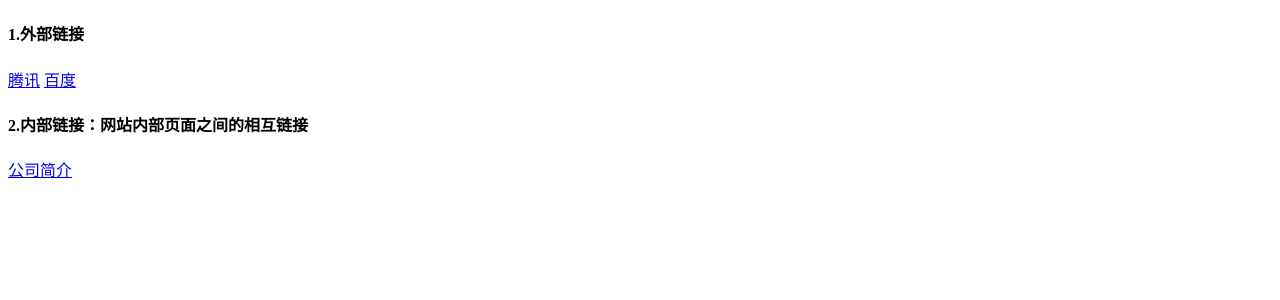
Repository: 129021/Front-end-learning
Page: 14-超链接标签.html
These files come from the project's save history. The page is drawn as it stood at one moment and after a run of saves; the edit follows.
The browser window is 1280 px wide. The pictures show the whole page.

Above is the page before, as saved 2021-10-15 15:04:32.

After the next 2 saves:
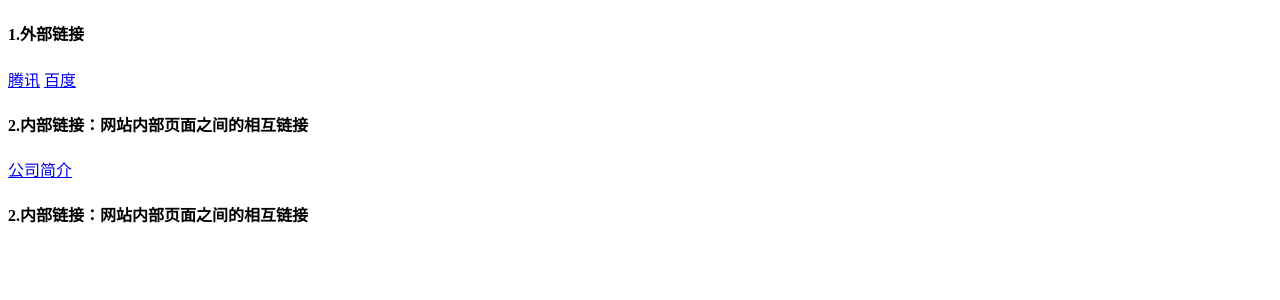
The 2 saves are shown as one change because they came seconds apart.
The last was saved 71 s later.
--- a/14-超链接标签.html
+++ b/14-超链接标签.html
@@ -14,6 +14,8 @@
     <a href="http://www.baidu.com/" target=" _blank ">百度</a>
     <h4>2.内部链接：网站内部页面之间的相互链接</h4>
     <a href="gongsijianjie.html" target="_blank"> 公司简介</a>
+    <h4>2.内部链接：网站内部页面之间的相互链接</h4>
+
 </body>
 
 </html>
